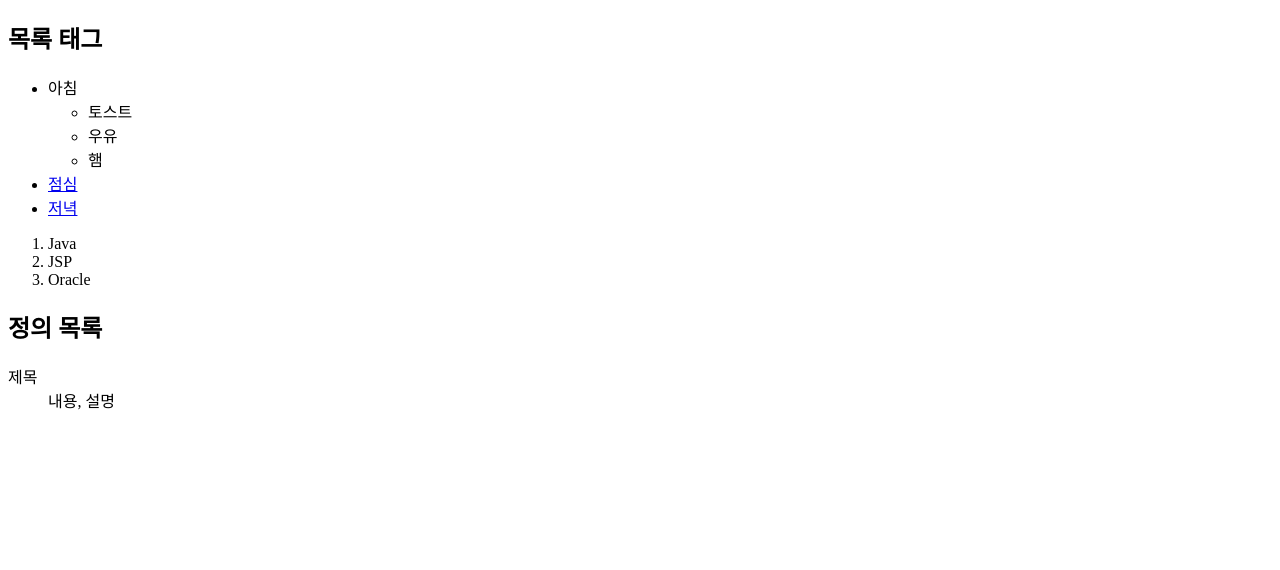
Repository: jinaa11/Kcc_Web
Page: Html/WebContent/list.html
An editor plug-in stored every save of this project. The page is shown before and after the next save, followed by the edit.
The browser window is 1280 px wide. The pictures show the whole page.

Above is the page before, as saved 2024-07-08 02:45:14.

### Html/WebContent/list.html
<!DOCTYPE html>
<html>
<head>
<meta charset="UTF-8">
<title>Insert title here</title>
<style type="text/css">
	/*
	li {
		display: inline;
		padding: 5px 15px;
		border-left: 1px solid #000;
	}

	a{
		text-decoration: none;
		color: darkgreen;
		font-weight: bold;
		fond-size: 18px;
	}
	*/
</style>
</head>
<body>
	<h2>목록 태그</h2>
	<ul>
		<li>아침
			<ul>
				<li>토스트</li>
				<li>우유</li>
				<li>햄</li>
			</ul>
		</li>
		<li><a href="#">점심</a></li>
		<li><a href="#">저녁</a></li>
	</ul>
	<ol>
		<li>Java</li>
		<li>JSP</li>
		<li>Oracle</li>
	</ol>

	<h2>정의 목록</h2>
	<dl>
		<dt>제목</dt>
		<dd>내용, 설명</dd>
	</dl>
</body>
</html>

After the next save:
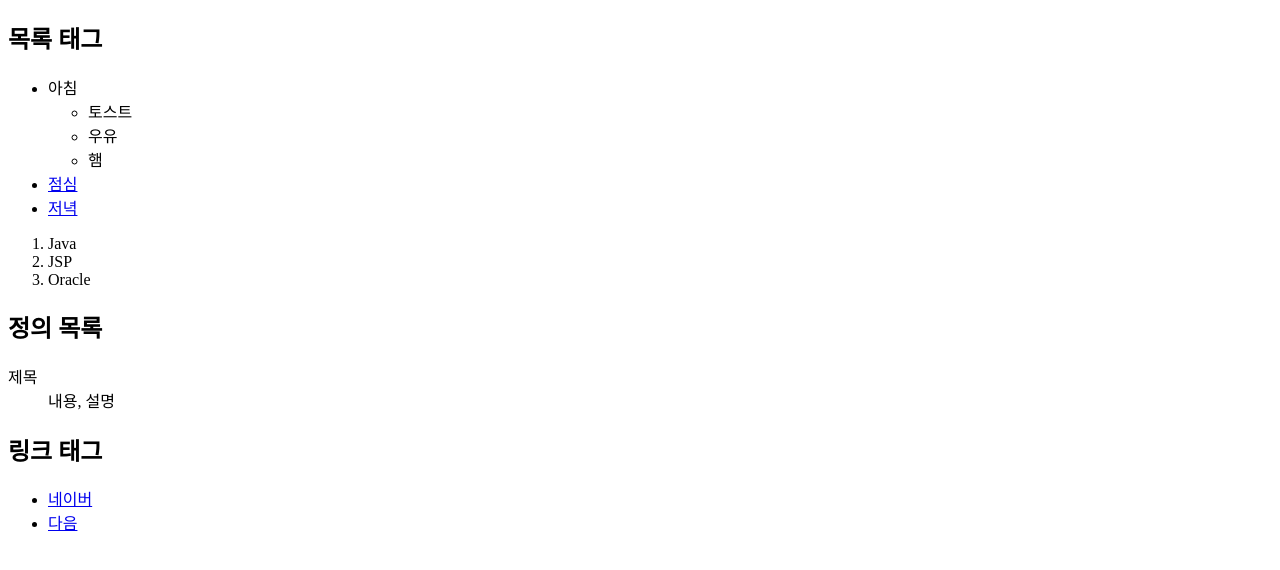
Saved 14 min 1 s later.
--- a/Html/WebContent/list.html
+++ b/Html/WebContent/list.html
@@ -44,5 +44,11 @@
 		<dt>제목</dt>
 		<dd>내용, 설명</dd>
 	</dl>
+
+	<h2>링크 태그</h2>
+	<ul>
+		<li><a href="http://www.naver.com">네이버</a></li>
+		<li><a href="http://www.daum.net">다음</a></li>
+	</ul>
 </body>
 </html>
